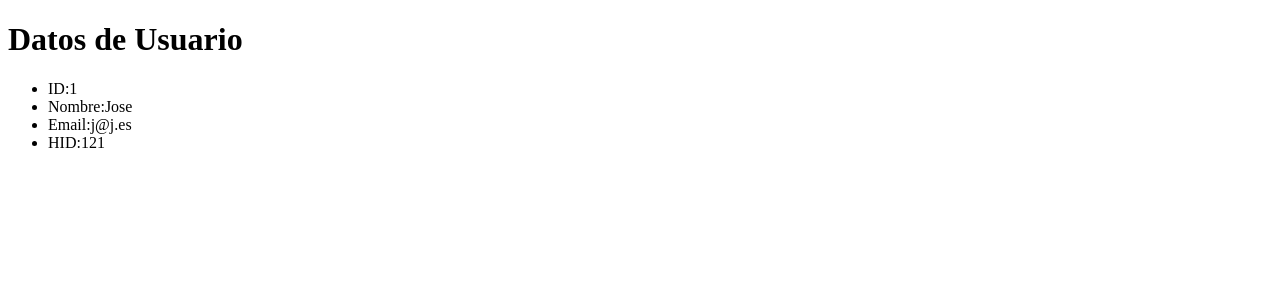
Repository: LazaroRicardo/WORKSPACE
Page: http://localhost/ProyectoMVC/usuario
These files come from the project's save history. The page is drawn as it stood at one moment and after the next save; the edit follows.
The browser window is 1280 px wide. The pictures show the whole page.
The page is served by Tomcat 9.

Above is the page before, as saved 2018-11-12 13:41:38.

### javaweb/ProyectoMVC/WebContent/usuario.jsp
<%@page import="com.ricardo.modelos.Usuario"%>
<%@ page language="java" contentType="text/html; charset=UTF-8"
    pageEncoding="UTF-8"%>

<%
	Usuario elUsuario = (Usuario)request.getAttribute("elUsuario");
%>

<!DOCTYPE html>
<html>
<head>
<meta charset="UTF-8">
<title>Usuario</title>
</head>
<body>
	<h1>Datos de Usuario</h1>
	<ul>
		<li>ID:${elUsuario.id}</li>
		<li>Nombre:${elUsuario.name}</li>
		<li>Email:${elUsuario.email}</li>
		<li>HID:${elUsuario.hid}</li>
		<a href="./habitacion.jsp">
	</ul>
</body>
</html>

### javaweb/ProyectoMVC/src/com/ricardo/controlers/UsuarioServlet.java
package com.ricardo.controlers;
//controlador:
import java.io.IOException;
import javax.servlet.ServletException;
import javax.servlet.annotation.WebServlet;
import javax.servlet.http.HttpServlet;
import javax.servlet.http.HttpServletRequest;
import javax.servlet.http.HttpServletResponse;

import com.ricardo.modelos.Usuario;

//anotación: metodo para modificar un comportamiento de una misma clase, esta dice cual es la ruta de escucha de este servlet:
// no puede haber 2 servlet con la misma ruta.
@WebServlet("/usuario")
public class UsuarioServlet extends HttpServlet {
	private static final long serialVersionUID = 1L;

	protected void doGet(HttpServletRequest request, HttpServletResponse response)
			throws ServletException, IOException {

		Usuario pepe=new Usuario(1, "Jose", "j@j.es",121);

		request.setAttribute("elUsuario", pepe);
		//dispacher=despachador, que el jsp devuelva la respuesta. El forward pasa la respuesta a jsp.
		request.getRequestDispatcher("./usuario.jsp").forward(request, response);
	}

	protected void doPost(HttpServletRequest request, HttpServletResponse response)
			throws ServletException, IOException {
		doGet(request, response);
	}

}

### javaweb/ProyectoMVC/src/com/ricardo/modelos/Usuario.java
package com.ricardo.modelos;
//modelo de MVC:
public class Usuario {

	private int id;
	private String name;
	private String email;
	private int hid;

	public Usuario(int id, String name, String email, int hid) {
		this.id = id;
		this.name = name;
		this.email = email;
		this.hid = hid;
	}

	public int getId() {
		return id;
	}

	public void setId(int id) {
		this.id = id;
	}

	public String getName() {
		return name;
	}

	public void setName(String name) {
		this.name = name;
	}

	public String getEmail() {
		return email;
	}

	public void setEmail(String email) {
		this.email = email;
	}

	public int getHid() {
		return hid;
	}



}

After the next save:
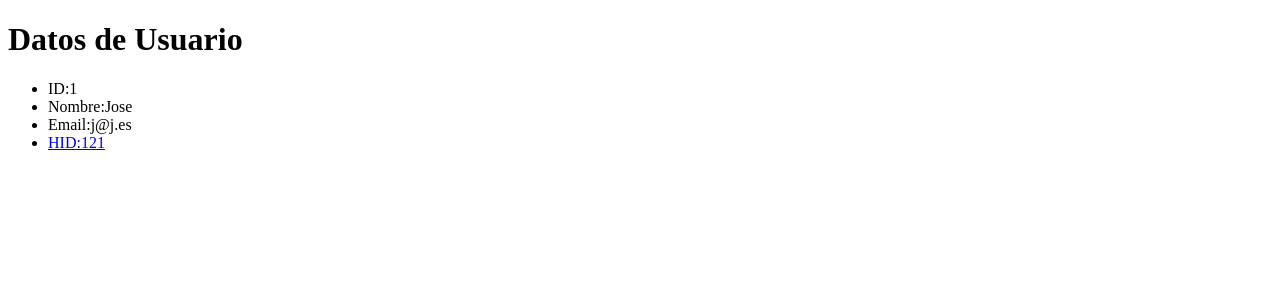
Saved 24 s later.
--- a/javaweb/ProyectoMVC/WebContent/usuario.jsp
+++ b/javaweb/ProyectoMVC/WebContent/usuario.jsp
@@ -18,8 +18,8 @@
 		<li>ID:${elUsuario.id}</li>
 		<li>Nombre:${elUsuario.name}</li>
 		<li>Email:${elUsuario.email}</li>
-		<li>HID:${elUsuario.hid}</li>
-		<a href="./habitacion.jsp">
+		<li><a href="./habitacion.jsp">HID:${elUsuario.hid}</a></li>
+		<a href="./habitacion.jsp"></a>
 	</ul>
 </body>
 </html>
